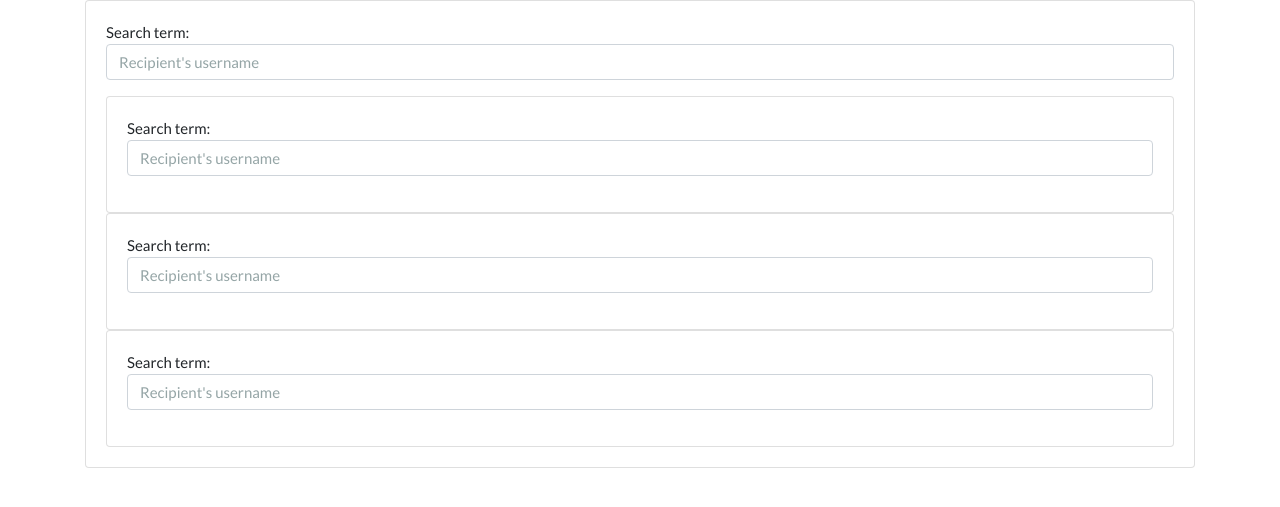
Repository: broganneagle/NYTSearch
Page: index.html
An editor plug-in stored every save of this project. The page is shown before and after the next save, followed by the edit.
The browser window is 1280 px wide. The pictures show the whole page.
Some web libraries are served in a nearby version.

Above is the page before, as saved 2020-06-26 13:41:38.

### index.html
<!DOCTYPE html>
<html lang="en">

<head>
    <meta charset="UTF-8">
    <meta name="viewport" content="width=device-width, initial-scale=1.0">
    <title>NYT Search</title>
    <link rel="stylesheet" href="https://stackpath.bootstrapcdn.com/bootstrap/4.3.1/css/bootstrap.min.css" />
    <link href="https://stackpath.bootstrapcdn.com/bootswatch/4.5.0/flatly/bootstrap.min.css" rel="stylesheet"
        integrity="sha384-mhpbKVUOPCSocLzx2ElRISIORFRwr1ZbO9bAlowgM5kO7hnpRBe+brVj8NNPUiFs" crossorigin="anonymous">
</head>

<body>
    <div class = container>
    <div class="card">
        <div class="card-body">
            Search term:
            <div class="input-group mb-3">
                <input type="text" class="form-control" placeholder="Recipient's username"
                    aria-label="Recipient's username" aria-describedby="button-addon2">
            </div>
            <div class="card">
                <div class="card-body">
                    Search term:
                    <div class="input-group mb-3">

                        <input type="text" class="form-control" placeholder="Recipient's username"
                            aria-label="Recipient's username" aria-describedby="button-addon2">
                    </div>
                </div>
            </div>
            <div class="card">
                <div class="card-body">
                    Search term:
                    <div class="input-group mb-3">
                        <input type="text" class="form-control" placeholder="Recipient's username"
                            aria-label="Recipient's username" aria-describedby="button-addon2">
                    </div>
                </div>
            </div>
            <div class="card">
                <div class="card-body">
                    Search term:
                    <div class="input-group mb-3">
                        <input type="text" class="form-control" placeholder="Recipient's username"
                            aria-label="Recipient's username" aria-describedby="button-addon2">
                    </div>
                </div>
            </div>
            </div>

</body>

</html>

After the next save:
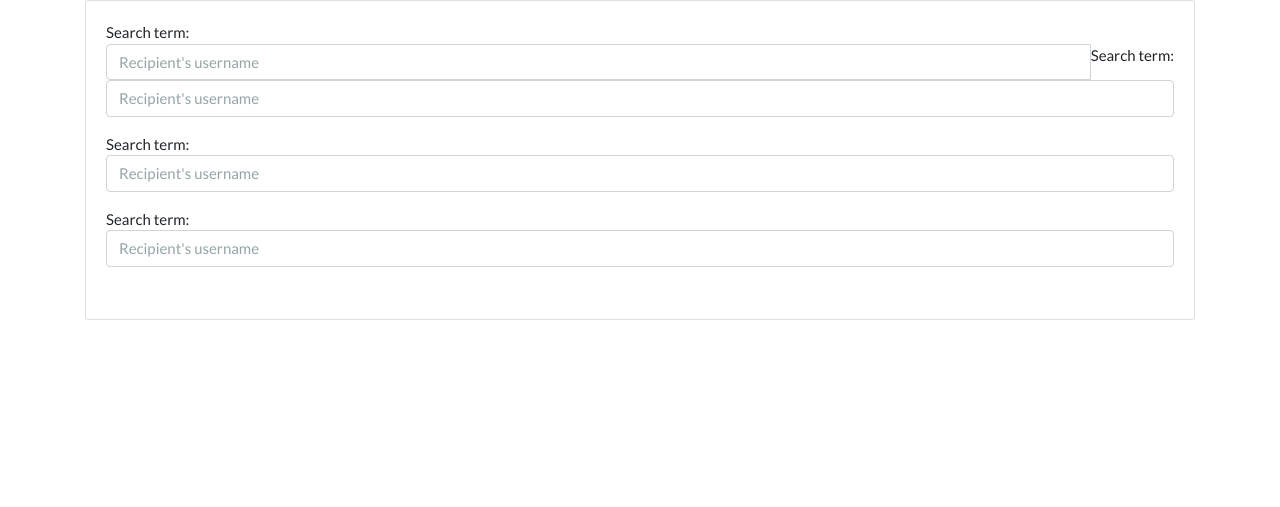
Saved 106 s later.
--- a/index.html
+++ b/index.html
@@ -11,43 +11,36 @@
 </head>
 
 <body>
-    <div class = container>
-    <div class="card">
-        <div class="card-body">
-            Search term:
-            <div class="input-group mb-3">
-                <input type="text" class="form-control" placeholder="Recipient's username"
-                    aria-label="Recipient's username" aria-describedby="button-addon2">
-            </div>
-            <div class="card">
-                <div class="card-body">
+    <div class=container>
+        <div class="card">
+            <div class="card-body">
+                Search term:
+                <div class="input-group mb-3">
+                    <input type="text" class="form-control" placeholder="Recipient's username"
+                        aria-label="Recipient's username" aria-describedby="button-addon2">
+
                     Search term:
                     <div class="input-group mb-3">
 
                         <input type="text" class="form-control" placeholder="Recipient's username"
                             aria-label="Recipient's username" aria-describedby="button-addon2">
                     </div>
-                </div>
-            </div>
-            <div class="card">
-                <div class="card-body">
+
                     Search term:
                     <div class="input-group mb-3">
                         <input type="text" class="form-control" placeholder="Recipient's username"
                             aria-label="Recipient's username" aria-describedby="button-addon2">
+
                     </div>
-                </div>
-            </div>
-            <div class="card">
-                <div class="card-body">
+
                     Search term:
                     <div class="input-group mb-3">
                         <input type="text" class="form-control" placeholder="Recipient's username"
                             aria-label="Recipient's username" aria-describedby="button-addon2">
+
+
                     </div>
                 </div>
-            </div>
-            </div>
 
 </body>
 
